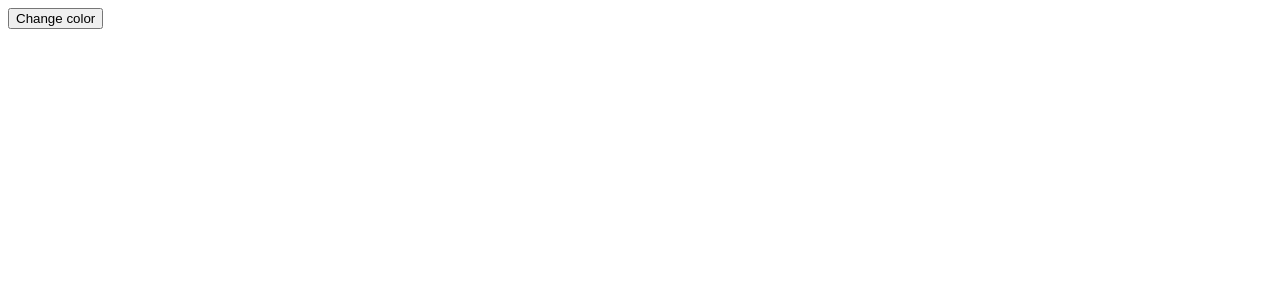
Repository: tungts3qb/Javascript
Page: background-changing.html
The author's editor kept a copy of each file at every save. The page is drawn from the files as they stood at one save, then again after the next save.
The browser window is 1280 px wide. The pictures show the whole page.

Above is the page before, as saved 2022-12-22 23:13:26.

### background-changing.html
<!DOCTYPE html>
<html lang="en">
  <head>
    <meta charset="UTF-8" />
    <meta http-equiv="X-UA-Compatible" content="IE=edge" />
    <meta name="viewport" content="width=device-width, initial-scale=1.0" />
    <link rel="stylesheet" href="style.css" />
    <title>Document</title>
  </head>
  <body>
    <button class="change">Change color</button>
    <script src="./background-changing.js"></script>
  </body>
</html>

### style.css
.button {
  padding: 20px;
  color: white;
  background-color: #ffa400;
  border: 0;
  margin: 50px auto;
  display: block;
  width: 300px;
  font-family: "Poppins", sans-serif;
}

.change {
}

Loaded but not shown: background-changing.js (no stored copy; drawn as an empty file)

After the next save:
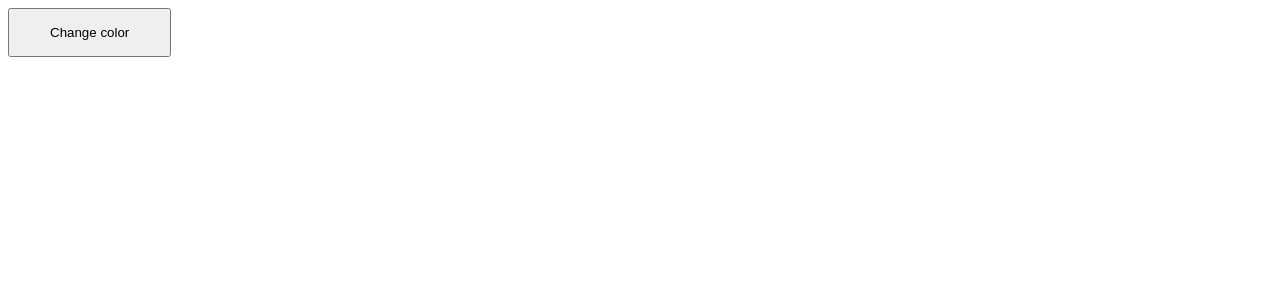
Saved 21 s later.
--- a/style.css
+++ b/style.css
@@ -10,4 +10,6 @@
 }
 
 .change {
+  display: block;
+  padding: 15px 40px;
 }
